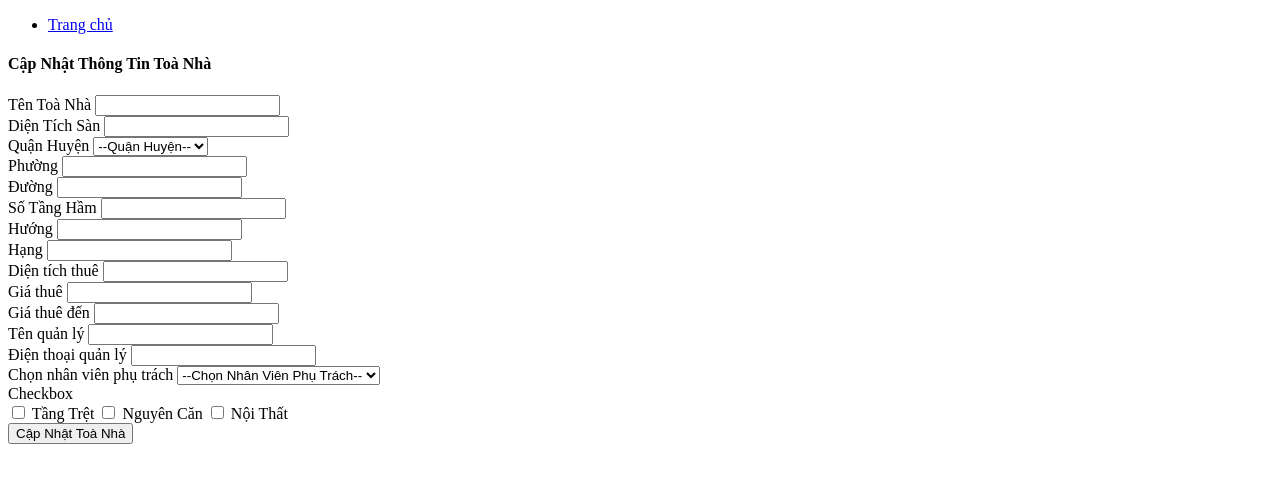
Repository: LeQuangBao0126/jspservlet122019_bao
Page: http://localhost/jspservletHUHUHU/views/admin/building/abcinsert.jsp
These files come from the project's save history. The page is drawn as it stood at one moment and after the next save; the edit follows.
The browser window is 1280 px wide. The pictures show the whole page.
The page is served by Tomcat 9. Nobody is signed in. The application's start-up code is not run.

Above is the page before, as saved 2020-03-19 03:32:33.

After the next save:
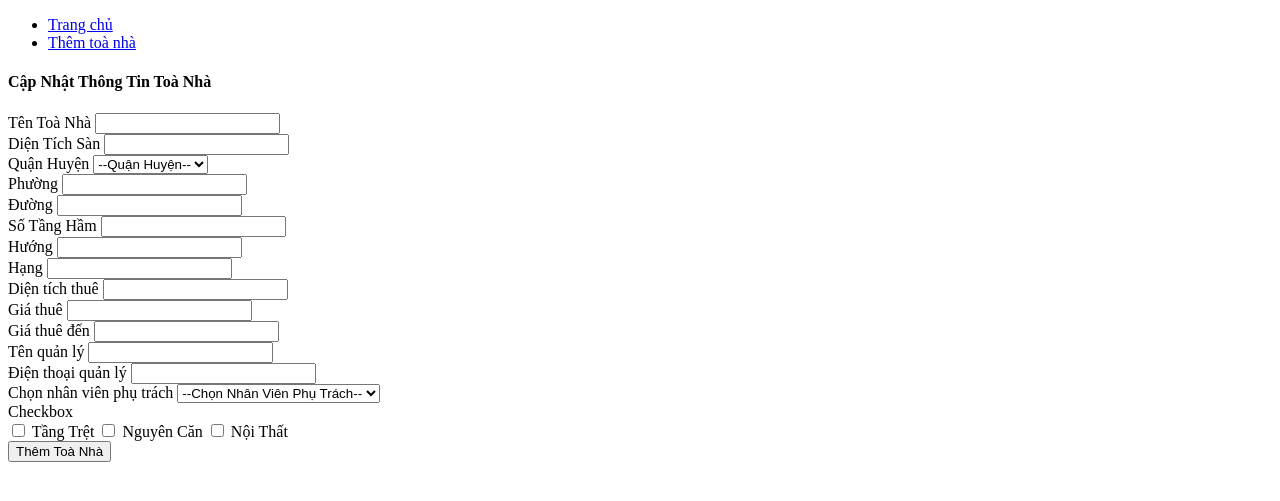
Saved 38 s later.
--- a/jspservletHUHUHU/src/main/webapp/views/admin/building/abcinsert.jsp
+++ b/jspservletHUHUHU/src/main/webapp/views/admin/building/abcinsert.jsp
@@ -13,6 +13,10 @@
                 <li>
                     <i class="ace-icon fa fa-home home-icon"></i>
                     <a href="#">Trang chủ</a>
+                </li>
+                <li>
+                    <i class="ace-icon fa fa-home home-icon"></i>
+                    <a href="#">Thêm toà nhà</a>
                 </li>
             </ul><!-- /.breadcrumb -->
         </div>
@@ -127,7 +131,7 @@
                                                 <div class="col-sm-12">
                                                     <div class="pull-left" data-toggle="tooltip" title="Thêm Toà Nhà">
                                                         <button class="btn btn-sucess btn-info btn-bold">
-												Cập Nhật Toà Nhà
+												Thêm Toà Nhà
 											</button>
                                                     </div>
                                                 </div>
